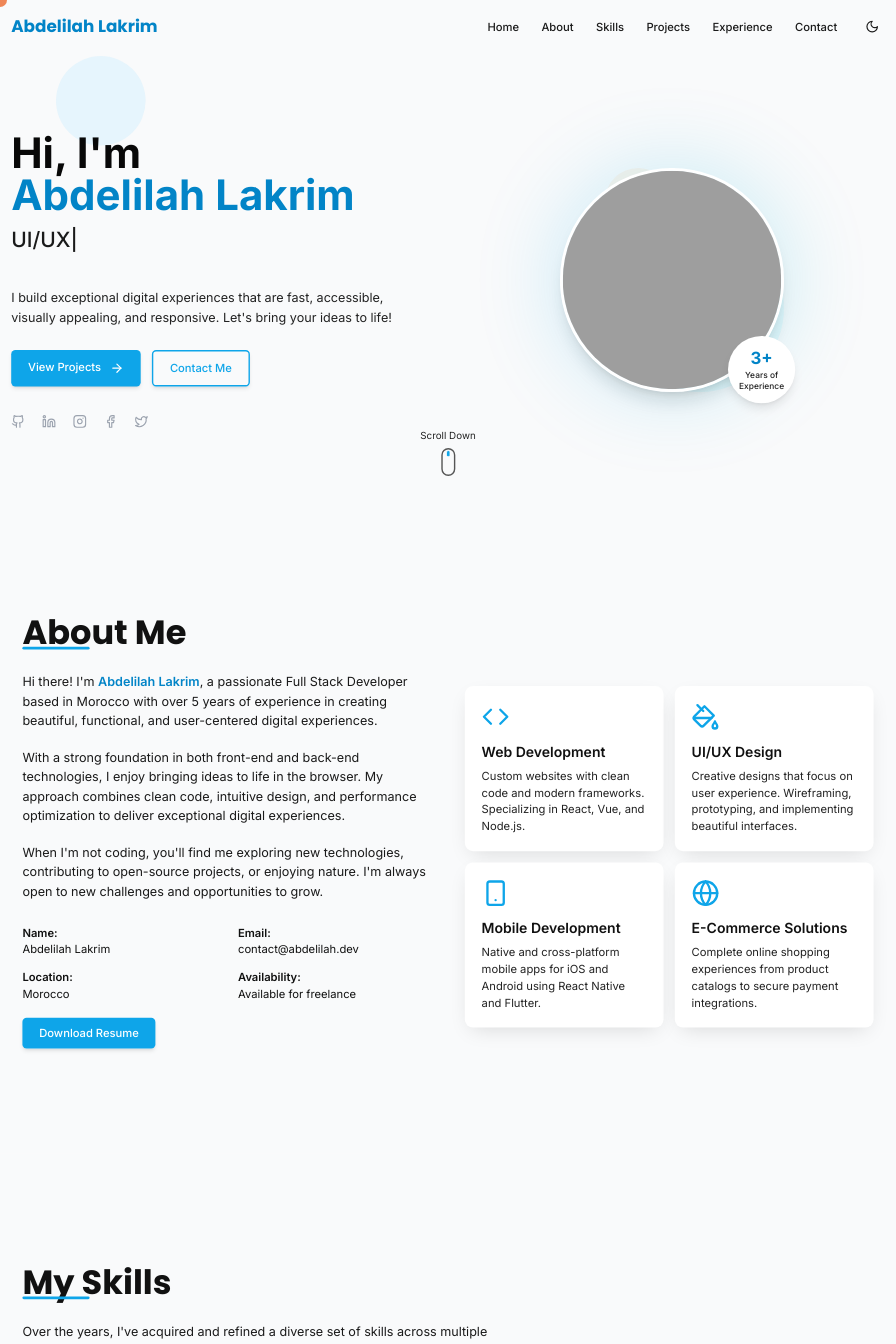
Repository: Abdelilah-Lakrim/Personal_Portfolio
Page: /
An editor plug-in stored every save of this project. The page is shown before and after a run of saves, followed by the edit.
The browser window is 1280 px wide. The pictures show the part of the page from y = 0 to 1920 px (the page is 7905 px tall), at 70% of full size.
Pictures or frames that could not be fetched are drawn as grey boxes. The project was rebuilt for these pictures with package versions that can differ from the ones it lists, and the page was loaded fresh each time. Also part of the build but not shown: vite.config.ts.

Above is the page before, as saved 2025-05-21 12:28:20.

### index.html
<!doctype html>
<html lang="en">
  <head>
    <meta charset="UTF-8" />
    <link rel="icon" type="image/svg+xml" href="/favicon.svg" />
    <meta name="viewport" content="width=device-width, initial-scale=1.0" />
    <meta name="description" content="Abdelilah Lakrim - Full Stack Developer Portfolio">
    <title>Abdelilah Lakrim | Full Stack Developer</title>
  </head>
  <body>
    <div id="root"></div>
    <script type="module" src="/src/main.tsx"></script>
  </body>
</html>

### src/App.tsx
import React, { useEffect, useState } from 'react';
import Header from './components/Header';
import Hero from './components/Hero';
import About from './components/About';
import Projects from './components/Projects';
import Experience from './components/Experience';
import Skills from './components/Skills';
import Contact from './components/Contact';
import Footer from './components/Footer';
import Cursor from './components/Cursor';
import ScrollToTop from './components/ScrollToTop';

// Import smooth scrolling
import Lenis from '@studio-freight/lenis';

function App() {
  const [mounted, setMounted] = useState(false);

  useEffect(() => {
    // Initialize smooth scrolling
    const lenis = new Lenis({
      duration: 1.2,
      easing: (t) => Math.min(1, 1.001 - Math.pow(2, -10 * t)),
      orientation: 'vertical',
      gestureOrientation: 'vertical',
      smoothWheel: true,
      smoothTouch: false,
      touchMultiplier: 2,
    });

    function raf(time: number) {
      lenis.raf(time);
      requestAnimationFrame(raf);
    }

    requestAnimationFrame(raf);

    // Add intersection observer for animation on scroll
    const observer = new IntersectionObserver(
      (entries) => {
        entries.forEach((entry) => {
          if (entry.isIntersecting) {
            entry.target.classList.add('animate-visible');
          }
        });
      },
      { threshold: 0.1 }
    );

    const hiddenElements = document.querySelectorAll('.animate-hidden');
    hiddenElements.forEach((el) => observer.observe(el));

    setMounted(true);

    return () => {
      // Cleanup
      hiddenElements.forEach((el) => observer.unobserve(el));
    };
  }, []);

  return (
    <div className="hidden-cursor min-h-screen bg-gray-50">
      {mounted && <Cursor />}
      <Header />
      <main>
        <Hero />
        <About />
        <Skills />
        <Projects />
        <Experience />
        <Contact />
      </main>
      <Footer />
      <ScrollToTop />
    </div>
  );
}

export default App;

### src/index.css
@import url('https://fonts.googleapis.com/css2?family=Inter:wght@300;400;500;600;700&family=Poppins:wght@500;600;700&display=swap');

@tailwind base;
@tailwind components;
@tailwind utilities;

:root {
  --cursor-color: rgba(14, 165, 233, 0.7);
}

* {
  margin: 0;
  padding: 0;
  box-sizing: border-box;
  scroll-behavior: smooth;
}

body {
  @apply bg-gray-50 text-dark-800 font-sans overflow-x-hidden;
}

/* Custom cursor styles */
.custom-cursor {
  position: fixed;
  width: 20px;
  height: 20px;
  border-radius: 50%;
  background-color: var(--cursor-color);
  transform: translate(-50%, -50%);
  pointer-events: none;
  z-index: 9999;
  mix-blend-mode: difference;
  transition: transform 0.2s ease-out, opacity 0.2s ease-out, width 0.2s ease-out, height 0.2s ease-out;
}

.custom-cursor.hover {
  width: 50px;
  height: 50px;
  opacity: 0.5;
}

.hidden-cursor {
  cursor: none;
}

/* Custom scrollbar */
::-webkit-scrollbar {
  width: 8px;
}

::-webkit-scrollbar-track {
  @apply bg-gray-100;
}

::-webkit-scrollbar-thumb {
  @apply bg-primary-500 rounded-full;
}

::-webkit-scrollbar-thumb:hover {
  @apply bg-primary-600;
}

/* Section styles */
.section-container {
  @apply max-w-7xl mx-auto px-4 sm:px-6 lg:px-8 py-20;
}

.section-title {
  @apply text-3xl md:text-4xl lg:text-5xl font-bold font-heading mb-8 text-dark-800 relative;
}

.section-title::after {
  content: '';
  @apply absolute bottom-0 left-0 w-24 h-1 bg-primary-500 mt-2 rounded-full;
}

/* Button styles */
.btn-primary {
  @apply px-6 py-3 bg-primary-500 text-white font-medium rounded-md shadow-md hover:bg-primary-600 transition-all duration-300 transform hover:-translate-y-1 focus:outline-none focus:ring-2 focus:ring-primary-400 focus:ring-opacity-50;
}

.btn-secondary {
  @apply px-6 py-3 bg-transparent border-2 border-primary-500 text-primary-500 font-medium rounded-md shadow-md hover:bg-primary-50 transition-all duration-300 transform hover:-translate-y-1 focus:outline-none focus:ring-2 focus:ring-primary-400 focus:ring-opacity-50;
}

/* 3D card effect */
.tilt-card {
  @apply relative overflow-hidden rounded-xl shadow-smooth bg-white p-6 transition-all duration-300 hover:shadow-neon;
  transform-style: preserve-3d;
  transform: perspective(1000px);
}

.skill-bar {
  @apply h-2 rounded-full bg-gray-200 overflow-hidden mt-2;
}

.skill-progress {
  @apply h-full bg-primary-500 rounded-full;
  transition: width 1.5s ease-in-out;
}

/* Animation classes */
.animate-hidden {
  opacity: 0;
  transform: translateY(30px);
}

.animate-visible {
  opacity: 1;
  transform: translateY(0);
  transition: opacity 0.8s ease, transform 0.8s ease;
}

/* Project card styles */
.project-card {
  @apply relative overflow-hidden rounded-xl shadow-smooth transition-all duration-300;
  transform-style: preserve-3d;
  transform: perspective(1000px);
}

.project-card img {
  @apply transition-all duration-500;
}

.project-card:hover img {
  @apply scale-105;
}

.project-card-content {
  @apply absolute inset-0 p-6 flex flex-col justify-end bg-gradient-to-t from-dark-900/80 to-transparent text-white opacity-0 transition-all duration-300;
}

.project-card:hover .project-card-content {
  @apply opacity-100;
}

/* Timeline styles */
.timeline-container {
  @apply relative;
}

.timeline-container::before {
  content: '';
  @apply absolute left-0 md:left-1/2 h-full w-0.5 bg-primary-200 transform md:-translate-x-1/2;
}

.timeline-item {
  @apply relative pt-10 pb-10;
}

.timeline-dot {
  @apply absolute left-0 md:left-1/2 w-4 h-4 rounded-full bg-primary-500 border-4 border-white shadow-md transform md:-translate-x-1/2 z-10;
}

.timeline-content {
  @apply ml-6 md:ml-0 md:w-5/12 p-6 bg-white rounded-xl shadow-smooth transition-all duration-300 hover:shadow-neon;
}

.timeline-item:nth-child(even) .timeline-content {
  @apply md:ml-auto md:mr-0;
}

.timeline-item:nth-child(odd) .timeline-content {
  @apply md:mr-auto md:ml-0;
}

### src/components/Hero.tsx
import React, { useEffect, useRef } from 'react';
import { motion } from 'framer-motion';
import { TypeAnimation } from 'react-type-animation';
import { ArrowRight, Facebook, Github as GitHub, Instagram, Linkedin, Twitter } from 'lucide-react';
import gsap from 'gsap';

const Hero: React.FC = () => {
  const heroRef = useRef<HTMLDivElement>(null);

  // Parallax effect on mouse move
  useEffect(() => {
    const handleMouseMove = (e: MouseEvent) => {
      if (!heroRef.current) return;

      const { clientX, clientY } = e;
      const { innerWidth, innerHeight } = window;

      // Calculate how far the mouse has moved from the center as a percentage
      const moveX = (clientX - innerWidth / 2) / (innerWidth / 2);
      const moveY = (clientY - innerHeight / 2) / (innerHeight / 2);

      // Apply parallax effect to elements
      const elements = heroRef.current.querySelectorAll('.parallax');
      elements.forEach((el, index) => {
        const htmlEl = el as HTMLElement;
        const factor = index * 5 + 15;
        gsap.to(htmlEl, {
          x: moveX * factor,
          y: moveY * factor,
          duration: 1,
          ease: 'power1.out'
        });
      });
    };

    window.addEventListener('mousemove', handleMouseMove);

    return () => {
      window.removeEventListener('mousemove', handleMouseMove);
    };
  }, []);

  return (
    <section
      id="home"
      ref={heroRef}
      className="relative min-h-screen flex items-center justify-center overflow-hidden"
    >
      {/* Background elements */}
      <div className="absolute inset-0 z-0">
        <div className="parallax absolute top-20 left-20 w-32 h-32 rounded-full bg-primary-200 opacity-30"></div>
        <div className="parallax absolute bottom-40 right-40 w-60 h-60 rounded-full bg-secondary-200 opacity-20"></div>
        <div className="parallax absolute top-1/3 right-1/4 w-24 h-24 rounded-full bg-accent-200 opacity-20"></div>
      </div>

      <div className="container mx-auto px-4 z-10 pt-20">
        <div className="grid grid-cols-1 lg:grid-cols-2 gap-8 items-center">
          {/* Hero Content */}
          <motion.div
            initial={{ opacity: 0, y: 50 }}
            animate={{ opacity: 1, y: 0 }}
            transition={{ duration: 0.8, ease: "easeOut" }}
            className="text-center lg:text-left"
          >
            <h1 className="text-4xl sm:text-5xl md:text-6xl font-bold mb-4 text-dark-900 leading-tight">
              <span className="block">Hi, I'm</span>
              <span className="text-primary-600">Abdelilah Lakrim</span>
            </h1>
            <div className="text-xl sm:text-2xl md:text-3xl text-dark-700 mb-6 h-16">
              <TypeAnimation
                sequence={[
                  'Full Stack Developer',
                  2000,
                  'UI/UX Designer',
                  2000,
                  'Mobile Developer',
                  2000,
                  'Freelancer',
                  2000,
                ]}
                wrapper="div"
                speed={50}
                repeat={Infinity}
                className="font-medium"
              />
            </div>
            <p className="text-lg text-dark-600 mb-8 max-w-xl mx-auto lg:mx-0">
              I build exceptional digital experiences that are fast, accessible, visually appealing, and responsive. Let's bring your ideas to life!
            </p>

            {/* CTA Buttons */}
            <div className="flex flex-col sm:flex-row justify-center lg:justify-start space-y-4 sm:space-y-0 sm:space-x-4">
              <a href="#projects" className="btn-primary">
                View Projects <ArrowRight className="inline-block ml-2 w-5 h-5" />
              </a>
              <a href="#contact" className="btn-secondary">
                Contact Me
              </a>
            </div>

            {/* Social Media Links */}
            <div className="mt-10 flex justify-center lg:justify-start space-x-6">
              <a
                href="https://github.com/Abdelilah-Lakrim"
                target="_blank"
                rel="noopener noreferrer"
                className="text-gray-400 hover:text-primary-400 transition-colors"
              >
                <GitHub className="w-5 h-5" />
              </a>
              <a
                href="https://www.linkedin.com/in/abdelilah-lakrim/"
                target="_blank"
                rel="noopener noreferrer"
                className="text-gray-400 hover:text-primary-400 transition-colors"
              >
                <Linkedin className="w-5 h-5" />
              </a>
              <a
                href="https://www.instagram.com/abdelilahlakrim/"
                target="_blank"
                rel="noopener noreferrer"
                className="text-gray-400 hover:text-primary-400 transition-colors"
              >
                <Instagram className="w-5 h-5" />
              </a>
              <a
                href="https://www.facebook.com/abdelilah.lakrim.9/"
                target="_blank"
                rel="noopener noreferrer"
                className="text-gray-400 hover:text-primary-400 transition-colors"
              >
                <Facebook className="w-5 h-5" />
              </a>
              <a
                href="https://x.com/LakrimAbdelilah"
                target="_blank"
                rel="noopener noreferrer"
                className="text-gray-400 hover:text-primary-400 transition-colors"
              >
                <Twitter className="w-5 h-5" />
              </a>
            </div>
          </motion.div>

          {/* Hero Image */}
          <motion.div
            initial={{ opacity: 0, scale: 0.8 }}
            animate={{ opacity: 1, scale: 1 }}
            transition={{ duration: 0.8, ease: "easeOut", delay: 0.2 }}
            className="flex justify-center"
          >
            <div className="relative">
              <div className="absolute inset-0 bg-gradient-to-r from-primary-500 to-secondary-500 rounded-full blur-3xl opacity-20"></div>
              <img src="https://drive.google.com/uc?export=view&id=1GQxNmxewdZcNG6fkoP1-A5sdQlKjKFCN" className="relative z-10 w-64 h-64 sm:w-80 sm:h-80 rounded-full border-4 border-white shadow-xl"/>
              <div className="absolute -bottom-4 -right-4 w-24 h-24 bg-white rounded-full flex items-center justify-center shadow-lg z-20">
                <div className="text-xs font-medium text-center">
                  <span className="block text-primary-600 font-bold text-2xl">3+</span>
                  <span className="text-dark-600">Years of<br/>Experience</span>
                </div>
              </div>
            </div>
          </motion.div>
        </div>
      </div>

      {/* Scroll indicator */}
      <div className="absolute bottom-10 left-1/2 transform -translate-x-1/2 flex flex-col items-center">
        <span className="text-dark-600 text-sm mb-2">Scroll Down</span>
        <div className="w-5 h-10 border-2 border-dark-400 rounded-full flex justify-center">
          <div className="w-1 h-2 bg-primary-500 rounded-full mt-1 animate-bounce"></div>
        </div>
      </div>
    </section>
  );
};

export default Hero;

### src/components/About.tsx
import React from 'react';
import { motion } from 'framer-motion';
import { Code, PaintBucket, Smartphone, Globe } from 'lucide-react';
import { Tilt } from 'react-tilt';

const tiltOptions = {
  max: 15,
  scale: 1.05,
  speed: 1000,
  glare: true,
  "max-glare": 0.1,
};

const About: React.FC = () => {
  const services = [
    {
      title: 'Web Development',
      icon: <Code className="w-10 h-10 text-primary-500" />,
      description:
        'Custom websites with clean code and modern frameworks. Specializing in React, Vue, and Node.js.',
    },
    {
      title: 'UI/UX Design',
      icon: <PaintBucket className="w-10 h-10 text-primary-500" />,
      description:
        'Creative designs that focus on user experience. Wireframing, prototyping, and implementing beautiful interfaces.',
    },
    {
      title: 'Mobile Development',
      icon: <Smartphone className="w-10 h-10 text-primary-500" />,
      description:
        'Native and cross-platform mobile apps for iOS and Android using React Native and Flutter.',
    },
    {
      title: 'E-Commerce Solutions',
      icon: <Globe className="w-10 h-10 text-primary-500" />,
      description:
        'Complete online shopping experiences from product catalogs to secure payment integrations.',
    },
  ];

  return (
    <section id="about" className="py-20">
      <div className="section-container">
        <motion.div
          initial={{ opacity: 0, y: 20 }}
          whileInView={{ opacity: 1, y: 0 }}
          viewport={{ once: true }}
          transition={{ duration: 0.8 }}
          className="animate-hidden"
        >
          <h2 className="section-title">About Me</h2>
          <div className="grid grid-cols-1 lg:grid-cols-2 gap-12 items-center">
            {/* About content */}
            <div>
              <p className="text-lg text-dark-700 mb-6">
                Hi there! I'm <span className="font-semibold text-primary-600">Abdelilah Lakrim</span>, a passionate Full Stack Developer based in Morocco with over 5 years of experience in creating beautiful, functional, and user-centered digital experiences.
              </p>
              <p className="text-lg text-dark-700 mb-6">
                With a strong foundation in both front-end and back-end technologies, I enjoy bringing ideas to life in the browser. My approach combines clean code, intuitive design, and performance optimization to deliver exceptional digital experiences.
              </p>
              <p className="text-lg text-dark-700 mb-8">
                When I'm not coding, you'll find me exploring new technologies, contributing to open-source projects, or enjoying nature. I'm always open to new challenges and opportunities to grow.
              </p>

              {/* Personal details */}
              <div className="grid grid-cols-1 md:grid-cols-2 gap-y-4 gap-x-8 mb-8">
                <div>
                  <h3 className="text-dark-800 font-semibold">Name:</h3>
                  <p>Abdelilah Lakrim</p>
                </div>
                <div>
                  <h3 className="text-dark-800 font-semibold">Email:</h3>
                  <p>contact@abdelilah.dev</p>
                </div>
                <div>
                  <h3 className="text-dark-800 font-semibold">Location:</h3>
                  <p>Morocco</p>
                </div>
                <div>
                  <h3 className="text-dark-800 font-semibold">Availability:</h3>
                  <p>Available for freelance</p>
                </div>
              </div>

              <a href="/abdelilah-lakrim-resume.pdf" className="btn-primary">
                Download Resume
              </a>
            </div>

            {/* Services */}
            <div className="grid grid-cols-1 sm:grid-cols-2 gap-4">
              {services.map((service, index) => (
                <Tilt key={index} options={tiltOptions}>
                  <div className="tilt-card h-full">
                    <div className="mb-4">{service.icon}</div>
                    <h3 className="text-xl font-semibold text-dark-800 mb-2">
                      {service.title}
                    </h3>
                    <p className="text-dark-600">{service.description}</p>
                  </div>
                </Tilt>
              ))}
            </div>
          </div>
        </motion.div>
      </div>
    </section>
  );
};

export default About;

### src/components/Cursor.tsx
import React, { useEffect, useState } from 'react';

const Cursor: React.FC = () => {
  const [position, setPosition] = useState({ x: 0, y: 0 });
  const [hidden, setHidden] = useState(false);
  const [clicked, setClicked] = useState(false);
  const [hovering, setHovering] = useState(false);

  useEffect(() => {
    const updatePosition = (e: MouseEvent) => {
      setPosition({ x: e.clientX, y: e.clientY });
    };

    const handleMouseEnter = () => setHidden(false);
    const handleMouseLeave = () => setHidden(true);
    const handleMouseDown = () => setClicked(true);
    const handleMouseUp = () => setClicked(false);

    const handleLinkHover = () => setHovering(true);
    const handleLinkLeave = () => setHovering(false);

    // Add event listeners
    window.addEventListener('mousemove', updatePosition);
    document.body.addEventListener('mouseenter', handleMouseEnter);
    document.body.addEventListener('mouseleave', handleMouseLeave);
    window.addEventListener('mousedown', handleMouseDown);
    window.addEventListener('mouseup', handleMouseUp);

    // Add hover effect for links and buttons
    const interactiveElements = document.querySelectorAll('a, button, .tilt-card, .project-card');
    interactiveElements.forEach(el => {
      el.addEventListener('mouseenter', handleLinkHover);
      el.addEventListener('mouseleave', handleLinkLeave);
    });

    return () => {
      window.removeEventListener('mousemove', updatePosition);
      document.body.removeEventListener('mouseenter', handleMouseEnter);
      document.body.removeEventListener('mouseleave', handleMouseLeave);
      window.removeEventListener('mousedown', handleMouseDown);
      window.removeEventListener('mouseup', handleMouseUp);

      interactiveElements.forEach(el => {
        el.removeEventListener('mouseenter', handleLinkHover);
        el.removeEventListener('mouseleave', handleLinkLeave);
      });
    };
  }, []);

  const cursorStyle = {
    left: `${position.x}px`,
    top: `${position.y}px`,
    transform: `translate(-50%, -50%) scale(${clicked ? 0.8 : 1})`,
    opacity: hidden ? 0 : 1,
  };

  const cursorClass = `custom-cursor ${hovering ? 'hover' : ''}`;

  return <div className={cursorClass} style={cursorStyle}></div>;
};

export default Cursor;

### src/components/ScrollToTop.tsx
import React, { useEffect, useState } from 'react';
import { ArrowUp } from 'lucide-react';

const ScrollToTop: React.FC = () => {
  const [isVisible, setIsVisible] = useState(false);

  useEffect(() => {
    const toggleVisibility = () => {
      if (window.scrollY > 500) {
        setIsVisible(true);
      } else {
        setIsVisible(false);
      }
    };

    window.addEventListener('scroll', toggleVisibility);

    return () => window.removeEventListener('scroll', toggleVisibility);
  }, []);

  const scrollToTop = () => {
    window.scrollTo({
      top: 0,
      behavior: 'smooth',
    });
  };

  return (
    <button
      onClick={scrollToTop}
      className={`fixed bottom-8 right-8 p-3 rounded-full bg-primary-500 text-white shadow-lg hover:bg-primary-600 transition-all duration-300 z-50 ${
        isVisible ? 'opacity-100 translate-y-0' : 'opacity-0 translate-y-10 pointer-events-none'
      }`}
      aria-label="Scroll to top"
    >
      <ArrowUp className="w-6 h-6" />
    </button>
  );
};

export default ScrollToTop;

Loaded but not shown: src/main.tsx (common file); tailwind.config.js (95 lines, source omitted); src/components/Projects.tsx (249 lines, source omitted); src/components/Contact.tsx (241 lines, source omitted); src/components/Experience.tsx (189 lines, source omitted); src/components/Footer.tsx (154 lines, source omitted); src/components/Skills.tsx (161 lines, source omitted); src/components/Header.tsx (145 lines, source omitted)

After the next 4 saves:
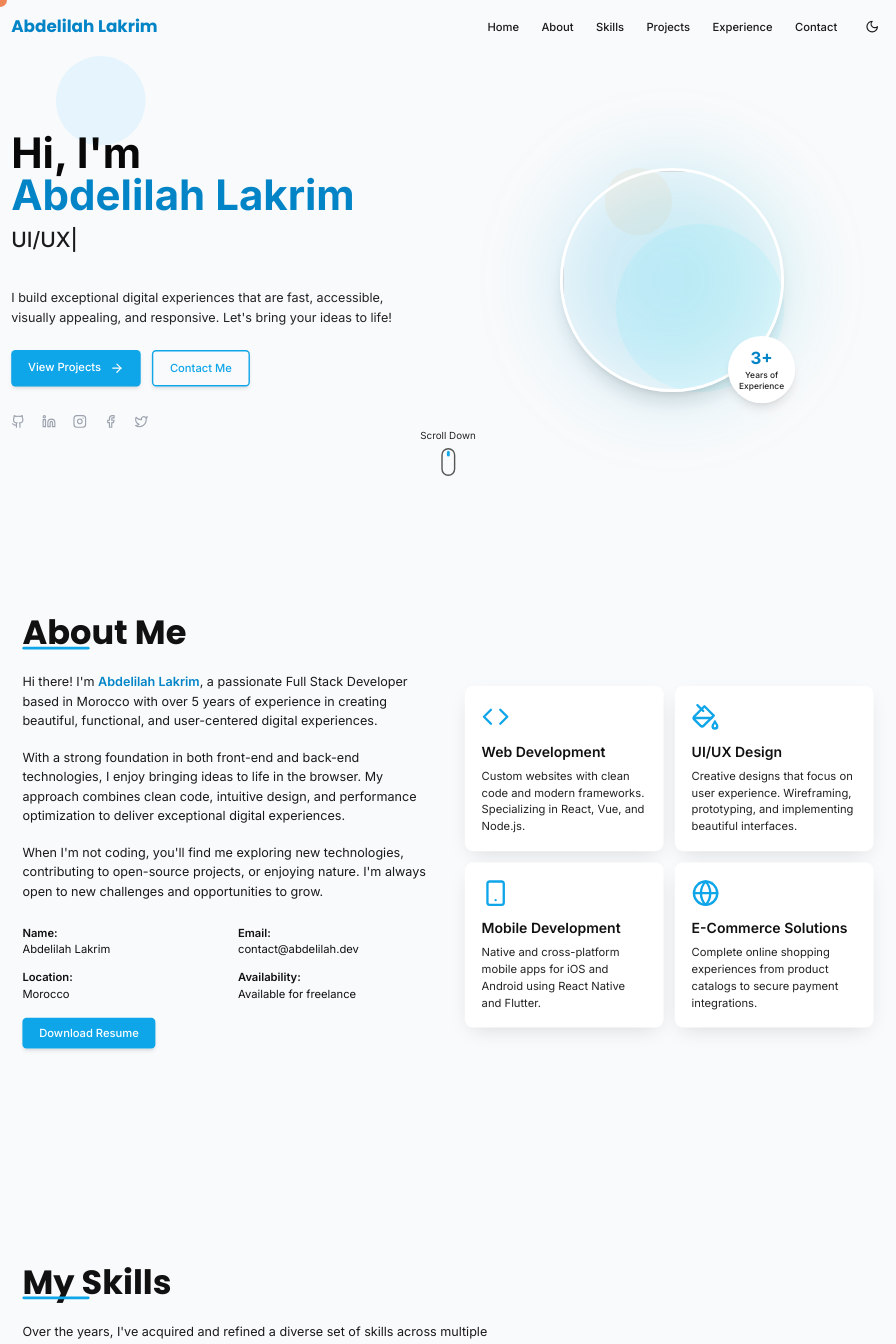
The 4 saves are shown as one change because they came seconds apart.
The last was saved 49 s later.
--- a/src/components/Hero.tsx
+++ b/src/components/Hero.tsx
@@ -152,7 +152,7 @@ const Hero: React.FC = () => {
           >
             <div className="relative">
               <div className="absolute inset-0 bg-gradient-to-r from-primary-500 to-secondary-500 rounded-full blur-3xl opacity-20"></div>
-              <img src="https://drive.google.com/uc?export=view&id=1GQxNmxewdZcNG6fkoP1-A5sdQlKjKFCN" className="relative z-10 w-64 h-64 sm:w-80 sm:h-80 rounded-full border-4 border-white shadow-xl"/>
+              <img src="" className="relative z-10 w-64 h-64 sm:w-80 sm:h-80 rounded-full border-4 border-white shadow-xl"/>
               <div className="absolute -bottom-4 -right-4 w-24 h-24 bg-white rounded-full flex items-center justify-center shadow-lg z-20">
                 <div className="text-xs font-medium text-center">
                   <span className="block text-primary-600 font-bold text-2xl">3+</span>
